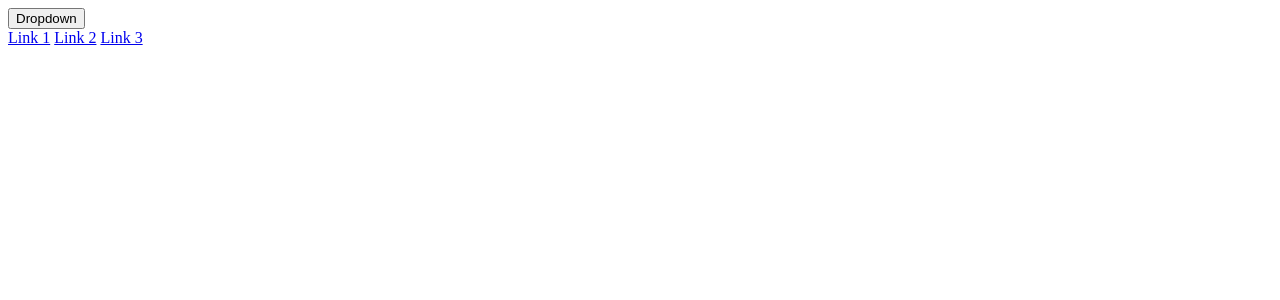
Repository: prm2711/javaapps
Page: http://localhost/Tournament/dropdown.jsp
An editor plug-in stored every save of this project. The page is shown before and after the next save, followed by the edit.
The browser window is 1280 px wide. The pictures show the whole page.
The page is served by Tomcat 9. Other server files are loaded and not shown.

Above is the page before, as saved 2018-01-29 10:18:08.

### eclipse-workspace/Tournament/WebContent/dropdown.jsp
<%@ page language="java" contentType="text/html; charset=ISO-8859-1"
    pageEncoding="ISO-8859-1"%>
<!DOCTYPE html PUBLIC "-//W3C//DTD HTML 4.01 Transitional//EN" "http://www.w3.org/TR/html4/loose.dtd">
<html>
<head>
<meta http-equiv="Content-Type" content="text/html; charset=ISO-8859-1">
<title>Insert title here</title>
</head>
<body>
<div class="dropdown">
  <button class="dropbtn">Dropdown</button>
  <div class="dropdown-content">
    <a href="#">Link 1</a>
    <a href="#">Link 2</a>
    <a href="#">Link 3</a>
  </div>
</div>
</body>
</html>

After the next save:
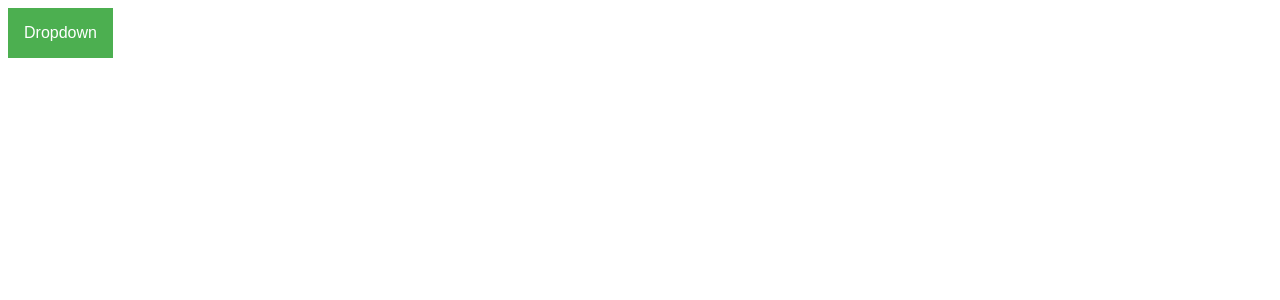
Saved 23 s later.
--- a/eclipse-workspace/Tournament/WebContent/dropdown.jsp
+++ b/eclipse-workspace/Tournament/WebContent/dropdown.jsp
@@ -5,6 +5,47 @@
 <head>
 <meta http-equiv="Content-Type" content="text/html; charset=ISO-8859-1">
 <title>Insert title here</title>
+<style>
+.dropbtn {
+    background-color: #4CAF50;
+    color: white;
+    padding: 16px;
+    font-size: 16px;
+    border: none;
+    cursor: pointer;
+}
+
+.dropdown {
+    position: relative;
+    display: inline-block;
+}
+
+.dropdown-content {
+    display: none;
+    position: absolute;
+    background-color: #f9f9f9;
+    min-width: 160px;
+    box-shadow: 0px 8px 16px 0px rgba(0,0,0,0.2);
+    z-index: 1;
+}
+
+.dropdown-content a {
+    color: black;
+    padding: 12px 16px;
+    text-decoration: none;
+    display: block;
+}
+
+.dropdown-content a:hover {background-color: #f1f1f1}
+
+.dropdown:hover .dropdown-content {
+    display: block;
+}
+
+.dropdown:hover .dropbtn {
+    background-color: #3e8e41;
+}
+</style>
 </head>
 <body>
 <div class="dropdown">
